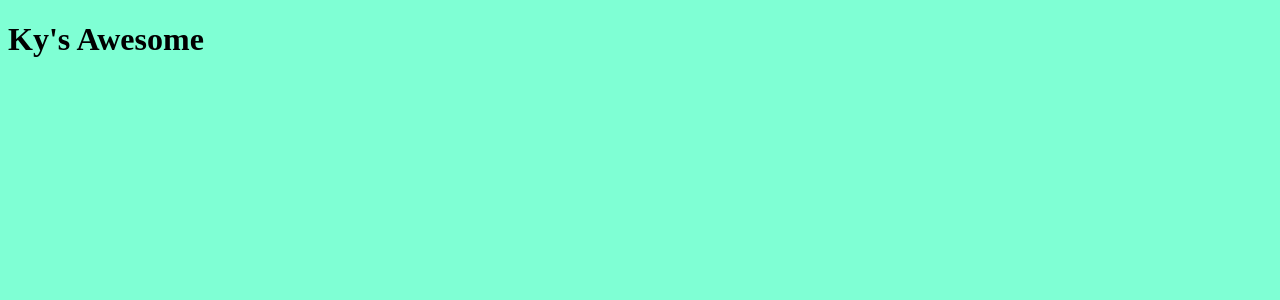
Repository: monicaifijeh/test2
Page: kyportfolio/src/index.html
The author's editor kept a copy of each file at every save. The page is drawn from the files as they stood at one save, then again after the next save.
The browser window is 1280 px wide. The pictures show the whole page.

Above is the page before, as saved 2024-12-15 01:00:23.

After the next save:
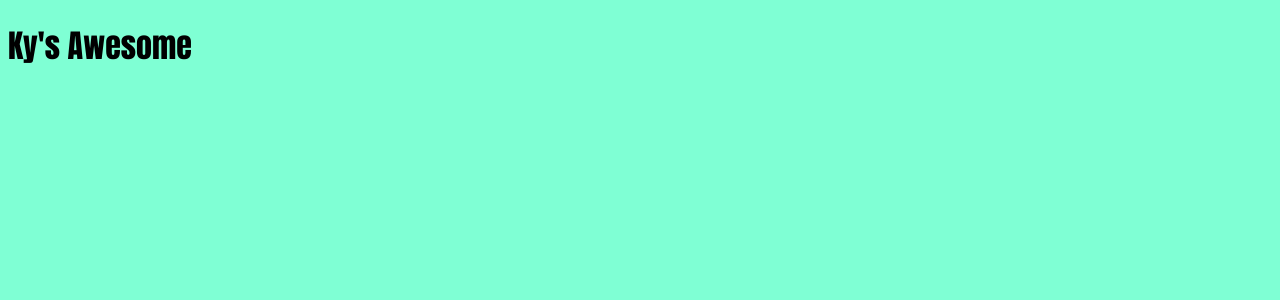
Saved 5 min 55 s later.
--- a/kyportfolio/src/mystyleOne.css
+++ b/kyportfolio/src/mystyleOne.css
@@ -1,6 +1,6 @@
 body{
-  background-color: aquamarine;
+    background-color: aquamarine;
 }
-h1 {
-    color: black;
+h1{
+    color: black; font-family: Impact, Haettenschweiler, 'Arial Narrow Bold', sans-serif;
 }
